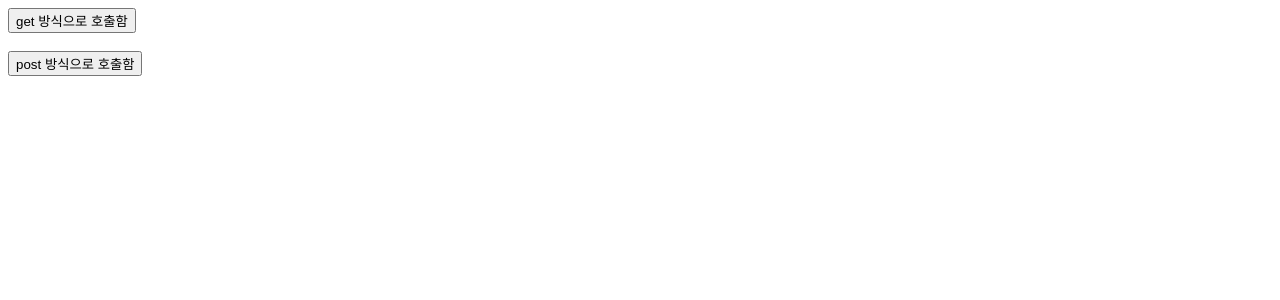
Repository: angwanghyeon/eclipse
Page: http://localhost/webpractice/01_method.jsp
These files come from the project's save history. The page is drawn as it stood at one moment and after the next save; the edit follows.
The browser window is 1280 px wide. The pictures show the whole page.
The page is served by Tomcat 9. Other server files are loaded and not shown.

Above is the page before, as saved 2023-08-31 00:14:00.

### webpractice/src/main/webapp/01_method.jsp
<%@ page language="java" contentType="text/html; charset=UTF-8"
	pageEncoding="UTF-8"%>
<!DOCTYPE html>
<html>
<head>
<meta charset="UTF-8">
<title>Insert title here</title>
</head>
<body>
	<form method="get" action="/MethodServlet">
		<input type="submit" value="get 방식으로 호출함">

	</form>
	<br>
	<form method="post" action="/MethodServlet">
		<input type="submit" value="post 방식으로 호출함">
	</form>
</body>
</html>

After the next save:
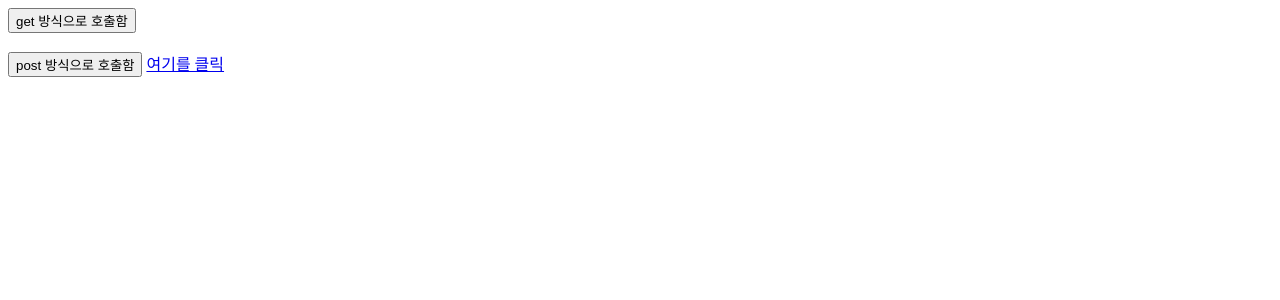
Saved 21 s later.
--- a/webpractice/src/main/webapp/01_method.jsp
+++ b/webpractice/src/main/webapp/01_method.jsp
@@ -14,6 +14,7 @@
 	<br>
 	<form method="post" action="/MethodServlet">
 		<input type="submit" value="post 방식으로 호출함">
+		<a href="MethodServlet">여기를 클릭</a>
 	</form>
 </body>
 </html>
